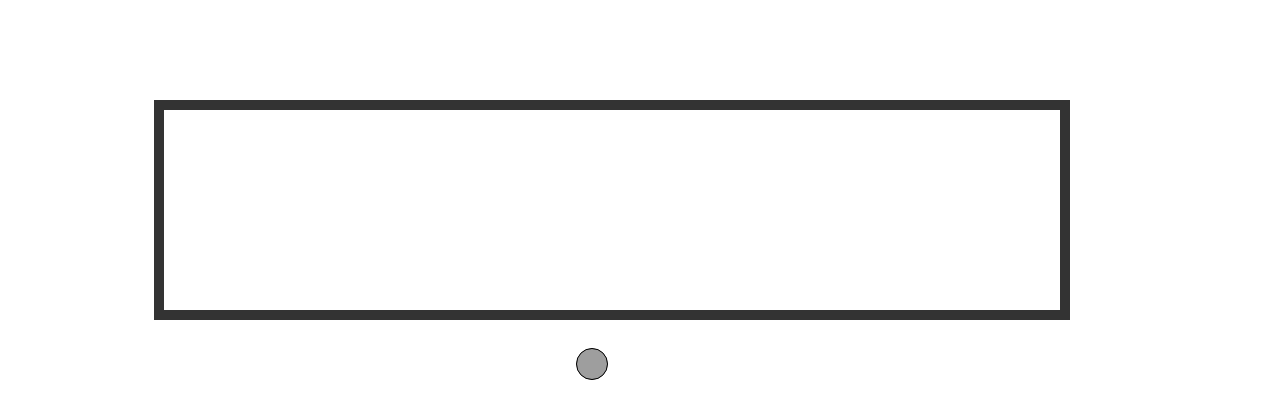
Repository: baierbao/coder
Page: TEST/muBan.html
These files come from the project's save history. The page is drawn as it stood at one moment and after the next save; the edit follows.
The browser window is 1280 px wide. The pictures show the whole page.
Pictures or frames that could not be fetched are drawn as grey boxes.

Above is the page before, as saved 2019-05-20 09:22:28.

### TEST/muBan.html
<!DOCTYPE html>
<html lang="en">
<head>
  <meta charset="UTF-8">
  <meta name="viewport" content="width=device-width, initial-scale=1.0">
  <meta http-equiv="X-UA-Compatible" content="ie=edge">
  <title>图片和×</title>
  <style>
      .mov{
        width: 100%;
        height: 100%;
        position: fixed;
        left: 0;
        top: 0;
        background: rgba(255,255,255,0.2);
        z-index: 100;
      }
      .modelMov{
          position:relative;
      }
      .topImg{
        width: 70%;
        height:200px;
        border:10px solid #333;
        margin-left: 12%;
        z-index: 200;
      }
      .bottomImg{
        width:30px;
        height: 30px;
        background: url(./image/closeType.png) no-repeat;
        background-size: cover;
        background-color: rgb(31, 23, 23);
        border-radius: 50%;
        border:1px solid #000;
        z-index: 200;
        position: absolute;
        left: 45%;
        margin-top: 28px;
      }
  </style>
</head>
<body>
  <div class="mov">
    <div id="div">
        <div class="topImg">
            <img src="" alt="">
          </div>
          <div class="bottomImg">
             <img src="" alt="">
          </div>
    </div>

  </div>

</body>
<script type="text/javascript">
        var tap = document.getElementById("div")
        console.log(tap)
        tap.style.cssText="margin-top:100px"

</script>

</html>

After the next save:
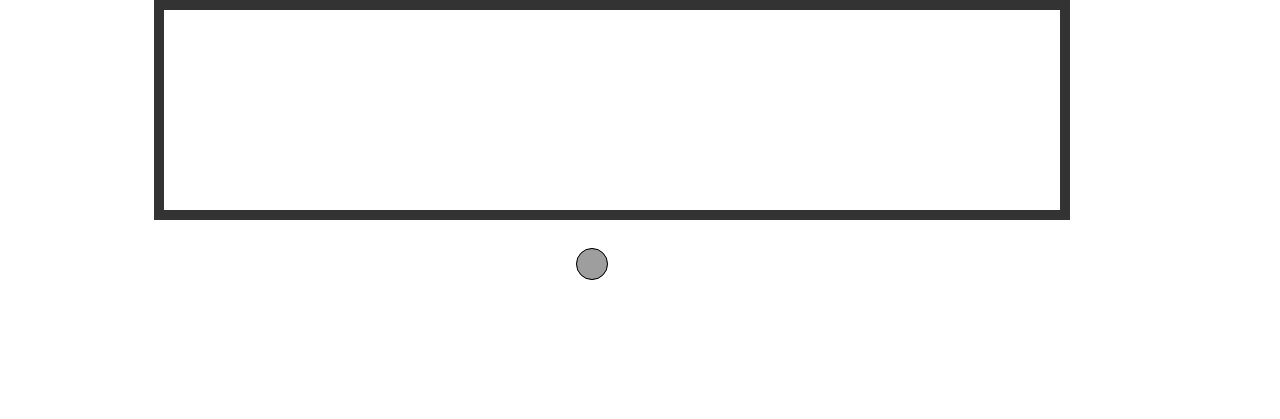
Console error: TypeError: Cannot set properties of undefined (setting 'cssText')
Saved 3 min 19 s later.
--- a/TEST/muBan.html
+++ b/TEST/muBan.html
@@ -42,7 +42,7 @@
 </head>
 <body>
   <div class="mov">
-    <div id="div">
+    <div class="div">
         <div class="topImg">
             <img src="" alt="">
           </div>
@@ -55,7 +55,8 @@
 
 </body>
 <script type="text/javascript">
-        var tap = document.getElementById("div")
+        // var tap = document.getElementById("div")
+         var tap=document.querySelectorAll(".div")
         console.log(tap)
         tap.style.cssText="margin-top:100px"
 

After the save that followed:
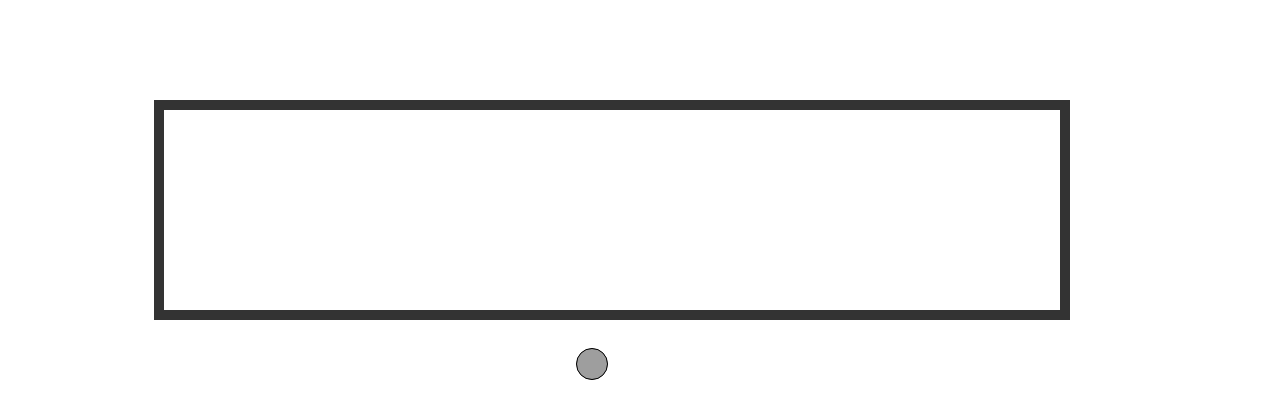
The error is gone.
Saved 84 s later.
--- a/TEST/muBan.html
+++ b/TEST/muBan.html
@@ -42,7 +42,7 @@
 </head>
 <body>
   <div class="mov">
-    <div class="div">
+    <div id="div">
         <div class="topImg">
             <img src="" alt="">
           </div>
@@ -55,8 +55,8 @@
 
 </body>
 <script type="text/javascript">
-        // var tap = document.getElementById("div")
-         var tap=document.querySelectorAll(".div")
+        var tap = document.getElementById("div")
+        //  var tap=document.querySelectorAll(".div")
         console.log(tap)
         tap.style.cssText="margin-top:100px"
 
